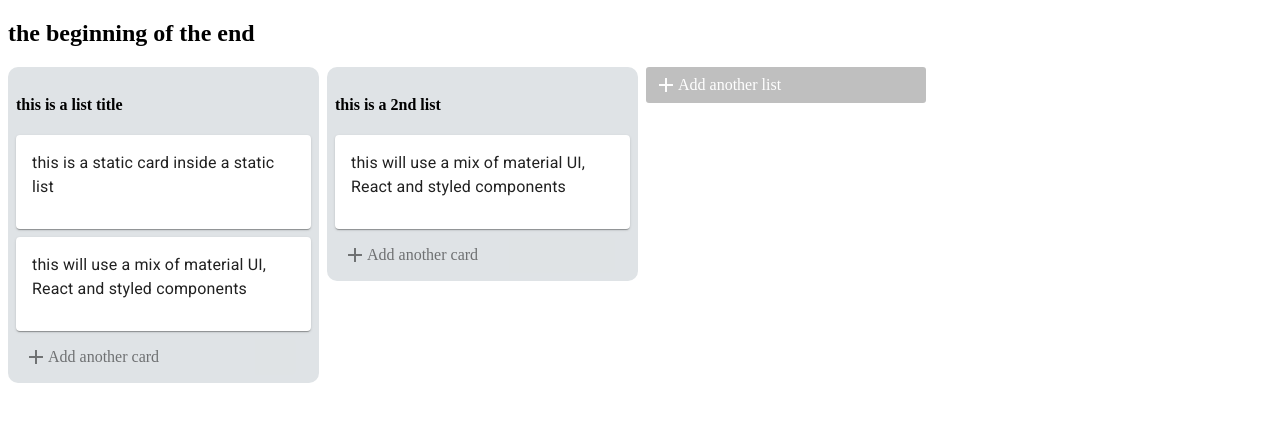
Repository: DesterStorm/Crello
Page: /
These files come from the project's save history. The page is drawn as it stood at one moment and after the next save; the edit follows.
The browser window is 1280 px wide. The pictures show the whole page.
The project was rebuilt for these pictures with package versions that can differ from the ones it lists, and the page was loaded fresh each time.

Above is the page before, as saved 2020-05-19 11:04:24.

### src/index.js
import React from 'react';
import ReactDOM from 'react-dom';
import { Provider } from "react-redux"
import store from './store'
import App from './components/App';
import * as serviceWorker from './serviceWorker';

ReactDOM.render(
  <Provider store={store}>
    <App />
  </Provider>,
  document.getElementById('root')
);

// If you want your app to work offline and load faster, you can change
// unregister() to register() below. Note this comes with some pitfalls.
// Learn more about service workers: https://bit.ly/CRA-PWA
serviceWorker.unregister();

### src/store/index.js
import { createStore } from 'redux'
import rootReducer from '../reducers'



const store = createStore(rootReducer)

export default store

### src/components/App.js
import React, { Component } from 'react';
import CrelloList from './CrelloList'
import { connect } from 'react-redux'
import CrelloActionButton from './CrelloActionButton'
import { DragDropContext } from 'react-beautiful-dnd'
import { sort } from '../actions'
import styled from 'styled-components'

const ListContainer = styled.div`
  display: flex;
  flex-direction: row;
`

class App extends Component {

  onDragEnd = (result) => {
    // reordering logic here
    // source = where the dragging occurs. has index id
    // destination = id where the dragged item lands. has index id
    const { destination, source, draggableId } = result

    if(!destination) {
      return
    }

    this.props.dispatch(sort(
      source.droppableId,
      destination.droppableId,
      source.index,
      destination.index,
      draggableId
    ))
  }

  render () {
    const { lists } =  this.props
    return (
      <DragDropContext onDragEnd={this.onDragEnd}>
      <div>
        <h2>the beginning of the end</h2>
        <ListContainer>
          { lists.map(list => (
            <CrelloList
            listID={list.id}
            key={list.id}
            title={list.title}
            cards={list.cards} />
          ))}
          <CrelloActionButton list />
        </ListContainer>
      </div>
      </DragDropContext>
    );
  }
}

const styles = {
  listsContainer: {
    display: "flex",
    flexDirection: "row",
  }
}

const mapStateToProps = state => ({
  lists: state.lists
})

export default connect(mapStateToProps)(App);

### src/reducers/index.js
import {combineReducers} from 'redux'
import listsReducer from './listsReducer'

export default combineReducers({
  lists: listsReducer
})

### src/components/CrelloList.js
import React from 'react'
import CrelloCard from './CrelloCard'
import CrelloActionButton from './CrelloActionButton'
import { Droppable } from 'react-beautiful-dnd'
import styled from 'styled-components'

const ListContainer = styled.div`
  background-color: #dfe3e6;
  border-radius: 10px;
  width: 295px;
  padding: 8px;
  margin-right: 8px;
  height: 100%;
`

const CrelloList = ({title, cards, listID}) => {
  return (
    <Droppable droppableId={String(listID)}>
      { provided => (
        <ListContainer {...provided.droppableProps} ref={provided.innerRef} >
          <h4>{title}</h4>
          { cards.map((card, index) => (
            <CrelloCard key={card.id} index={index} text={card.text} id={card.id} />
            ))}
            <CrelloActionButton listID={listID} />
            {provided.placeholder}
        </ListContainer>
      )}
    </Droppable>
  )
}

export default CrelloList

### src/components/CrelloActionButton.js
import React from 'react'
import Icon from '@material-ui/core/Icon'
import Textarea from 'react-textarea-autosize';
import Card from '@material-ui/core/Card';
import Button from '@material-ui/core/Button';
import { connect } from 'react-redux'
import { addList, addCard } from '../actions'

class CrelloActionButton extends React.Component {

  state = {
    formOpen: false,
    text: ''
  }

  openForm = () => {
    this.setState({
      formOpen: true
    })
  }

  closeForm = (e) => {
    this.setState({
      formOpen: false
    })
  }

  handleInputChange = e => {
    this.setState({
      text: e.target.value
    })
  }

  handleAddList = () => {
    const { dispatch } = this.props;
    const { text } = this.state;

    if(text){
      this.setState({
        text: ''
      })
      dispatch(addList(text))
    }

    return;
  }

  handleAddCard = () => {
    const { dispatch, listID } = this.props
    const { text } = this.state

    if(text) {
      this.setState({
        text: ''
      })
      dispatch(addCard(listID, text))
    }
  }

  renderAddButton = () => {
    const { list } = this.props

    const buttonText = list ? 'Add another list' : 'Add another card'
    const buttonTextOpacity = list ? 1 : .5
    const buttonTextColor = list ? 'white' : 'inherit'
    const buttonTextBackground = list ? 'rgba(0,0,0,0.25)' : 'inherit'

    return (
      <div
        onClick={this.openForm}
        style={{
          ...styles.openFormButtonGroup,
          opacity: buttonTextOpacity,
          color: buttonTextColor,
          backgroundColor: buttonTextBackground
        }}
      >
        <Icon>add</Icon>
        <p>{buttonText}</p>
      </div>
    )
  }

  renderForm = () => {
    const { list } = this.props
    const placeholder = list ? 'Enter list title' : 'Enter the card title'
    const buttonTitle = list ? 'Add List' : 'Add Card'

    return <div>
      <Card style={{
        overflow: 'visible',
        minHeight: 65,
        minWidth: 272,
        padding: '6px 8px 2px'
      }}>
        <Textarea
          placeholder={placeholder}
          autoFocus
          onBlur={this.closeForm}
          value={this.state.text}
          onChange={this.handleInputChange}
          style={{
            resize: 'none',
            width: '100%',
            overflow: 'hidden',
            outline: 'none',
            border: 'none'
          }}
        />
      </Card>
      <div style={styles.formButtonGroup}>
        <Button
          onMouseDown={ list ? this.handleAddList : this.handleAddCard }
          variant='contained'
          style={{ color: 'white', backgroundColor: '#5aac44' }}>
          {buttonTitle}
        </Button>
        <Icon style={{ marginLeft: 8, cursor: 'pointer' }}>close</Icon>
      </div>
    </div>
  }

  render() {
    return this.state.formOpen ? this.renderForm() : this.renderAddButton()
  }
}

const styles = {
  openFormButtonGroup: {
    display: 'flex',
    alignItems: 'center',
    cursor: 'pointer',
    borderRadius: 3,
    height: 36,
    width: 272,
    paddingLeft: 8
  },
  formButtonGroup: {
    marginTop: 8,
    display: 'flex',
    alignItems: 'center'
  }
}

export default connect()(CrelloActionButton)

### src/actions/index.js
export * from './listsActions'
export * from './cardsActions'

export const CONSTANTS = {
  ADD_CARD: 'ADD_CARD',
  ADD_LIST: 'ADD_LIST',
  DRAG_HAPPENED: 'DRAG_HAPPENED'
}

### src/reducers/listsReducer.js
import { CONSTANTS } from '../actions'

let listID = 2
let cardID = 3

const initialState = [
  {
    title: 'this is a list title',
    id: `list-${0}`,
    cards: [
      {
        id: `card-${0}`,
        text: 'this is a static card inside a static list'
      },
      {
        id: `card-${1}`,
        text: 'this will use a mix of material UI, React and styled components'
      }
    ]
  },
  {
    title: 'this is a 2nd list',
    id: `list-${1}`,
    cards: [
      {
        id: `card-${2}`,
        text: 'this will use a mix of material UI, React and styled components'
      }
    ]
  }
]

const listsReducer = (state = initialState, action) => {
  switch (action.type) {
    case CONSTANTS.ADD_LIST:
      const newList = {
        title: action.payload,
        cards: [],
        id: `list-${listID}`
      }
      listID += 1
      return [...state, newList]

      case CONSTANTS.ADD_CARD: {
        const newCard = {
          text: action.payload.text,
          id: `card-${cardID}`
        }
        cardID += 1
        const newState = state.map(list => {
          if(list.id === action.payload.listID) {
            return {
              ...list,
              cards: [...list.cards, newCard]
            }
          } else {
            return list
          }
        })

        return newState
      }

      case CONSTANTS.DRAG_HAPPENED:
        const {
          droppableIdStart,
          droppableIdEnd,
          droppableIndexStart,
          droppableIndexEnd,
          draggableId
         } = action.payload
        const newState = [...state]
        if(droppableIdStart === droppableIdEnd) {
          const list = state.find(list => droppableIdStart === list.id)
          const card = list.cards.splice(droppableIndexStart, 1)
          list.cards.splice(droppableIndexEnd, 0, ...card)
        }

        return newState

    default:
      return state
  }
}

export default listsReducer

### src/components/CrelloCard.js
import React from 'react'
import Card from '@material-ui/core/Card';
import Typography from '@material-ui/core/Typography';
import CardContent from '@material-ui/core/CardContent';
import { Draggable } from 'react-beautiful-dnd'
import styled from 'styled-components'

const ListContainer = styled.div`
  margin-bottom: 8px;
`

const CrelloCard = ({text, id, index}) => {
  return(
    <Draggable draggableId={String(id)} index={index}>
      {provided => (
      <div ref={provided.innerRef} {...provided.draggableProps} {...provided.dragHandleProps}>
      <cardContainer>
      <Card style={styles.cardContainer}>
        <CardContent>
          <Typography gutterBottom>
            {text}
          </Typography>
        </CardContent>
      </Card>
      </cardContainer>
      </div>
      )}
    </Draggable>
  )
}

const styles = {
  cardContainer: {
    marginBottom: 8
  }
}

export default CrelloCard

### src/actions/listsActions.js
import { CONSTANTS } from '../actions'
import { Droppable } from 'react-beautiful-dnd'

export const addList = title => {
  return {
    type: CONSTANTS.ADD_LIST,
    payload: title
  }
}

export const sort = (
  droppableIdStart,
  droppableIdEnd,
  droppableIndexStart,
  droppableIndexEnd,
  draggableId
) => {
  return {
    type: CONSTANTS.DRAG_HAPPENED,
    payload: {
      droppableIdStart,
      droppableIdEnd,
      droppableIndexStart,
      droppableIndexEnd,
      draggableId
    }
  }
}

### src/actions/cardsActions.js
import { CONSTANTS } from '../actions'

export const addCard = (listID, text) => {
  return {
    type: CONSTANTS.ADD_CARD,
    payload: { text, listID }
  }
}

Loaded but not shown: public/index.html (common file); src/serviceWorker.js (common file)

After the next save:
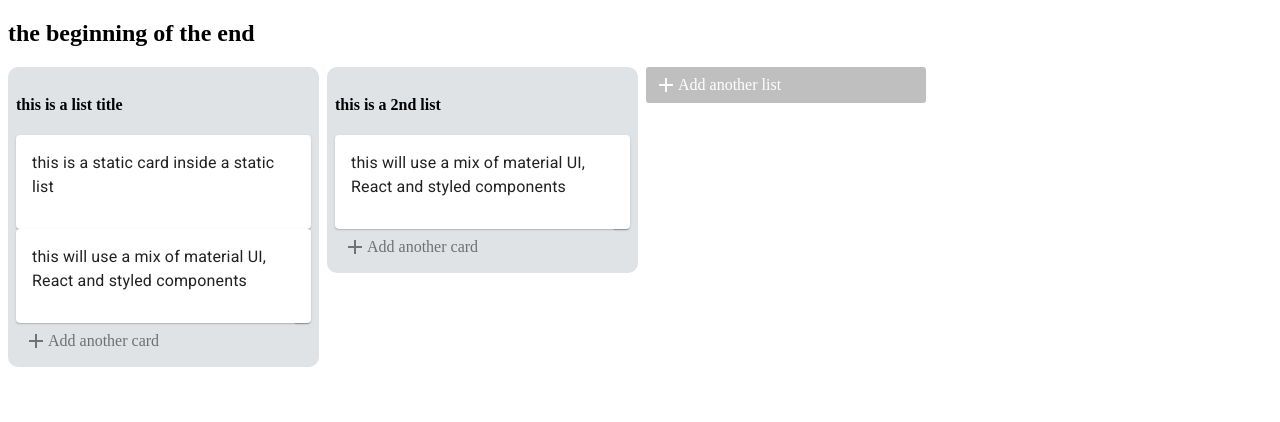
Saved 15 s later.
--- a/src/components/CrelloCard.js
+++ b/src/components/CrelloCard.js
@@ -15,7 +15,7 @@ const CrelloCard = ({text, id, index}) => {
       {provided => (
       <div ref={provided.innerRef} {...provided.draggableProps} {...provided.dragHandleProps}>
       <cardContainer>
-      <Card style={styles.cardContainer}>
+      <Card>
         <CardContent>
           <Typography gutterBottom>
             {text}
